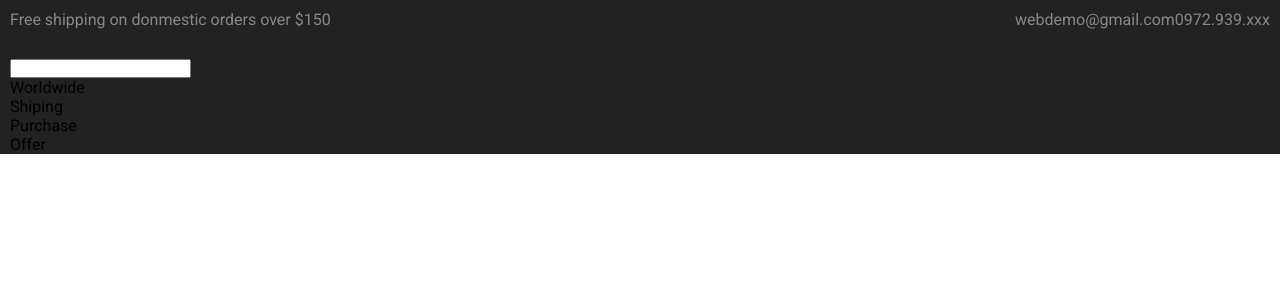
Repository: ldminh95/demo01
Page: index.html
These files come from the project's save history. The page is drawn as it stood at one moment and after a run of saves; the edit follows.
The browser window is 1280 px wide. The pictures show the whole page.

Above is the page before, as saved 2023-09-09 15:52:56.

After the next 2 saves:
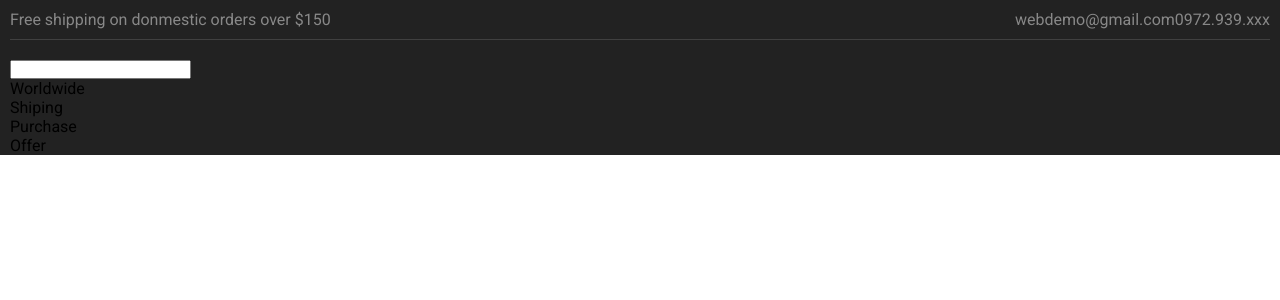
The 2 saves are shown as one change because they came seconds apart.
The last was saved 115 s later.
--- a/style.css
+++ b/style.css
@@ -21,6 +21,7 @@
     display: flex;
     justify-content: space-between;
     padding: 10px 0;
+    border-bottom: 1px solid #404040;
 }
 .header_info .info_right {
     display: flex;
